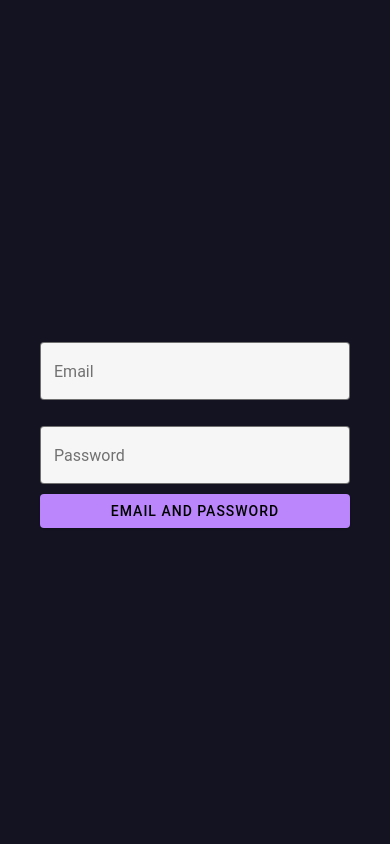
Repository: pascalgrim/GymTracker
Screen: /
These files come from the project's save history. The screen is drawn as it stood at one moment and after the next save; the edit follows.
The app was drawn by React Native's web renderer in a window 390 px wide. The project was rebuilt for these pictures with package versions that can differ from the ones it lists, and the page was loaded fresh each time. Also part of the build but not shown: components/menuCard.js, components/Dashboard.js, firebase.js, context/AuthContext.js.

Above is the screen before, as saved 2021-11-05 20:03:49.

After the next save:
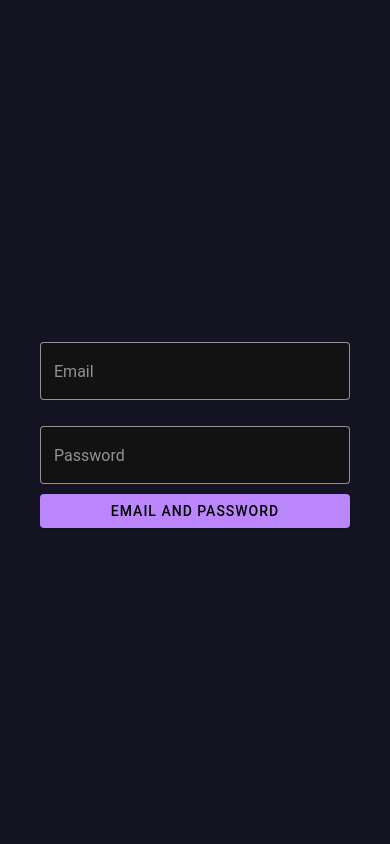
Saved 9 s later.
--- a/components/Signup.js
+++ b/components/Signup.js
@@ -38,8 +38,8 @@ export default function Signup() {
     }
     return (
         <View style={styles.container}>
-            <TextInput label="Email" mode="outlined" style={styles.textInput}/>
-            <TextInput label="Password" mode="outlined" secureTextEntry={true} style={styles.textInput}/>
+            <TextInput theme={DarkTheme} label="Email" mode="outlined" style={styles.textInput}/>
+            <TextInput theme={DarkTheme} label="Password" mode="outlined" secureTextEntry={true} style={styles.textInput}/>
             <Button theme={DarkTheme} mode="contained" onPress={handleSubmit}>Email And Password</Button>
         </View>
 
